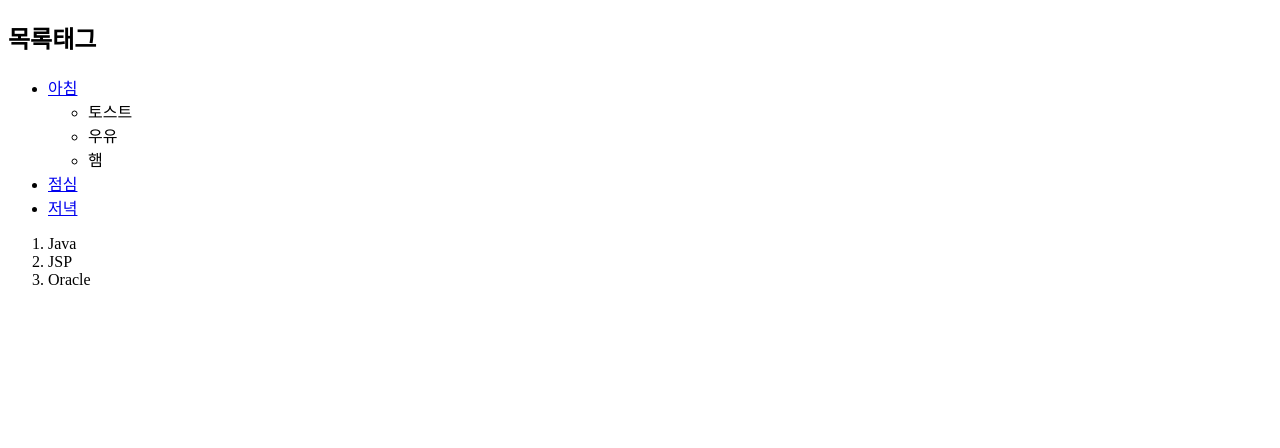
Repository: angelSuho/KCC_Learning_Repo
Page: Html/WebContent/list.html
The author's editor kept a copy of each file at every save. The page is drawn from the files as they stood at one save, then again after the next save.
The browser window is 1280 px wide. The pictures show the whole page.

Above is the page before, as saved 2024-07-08 02:43:17.

After the next save:
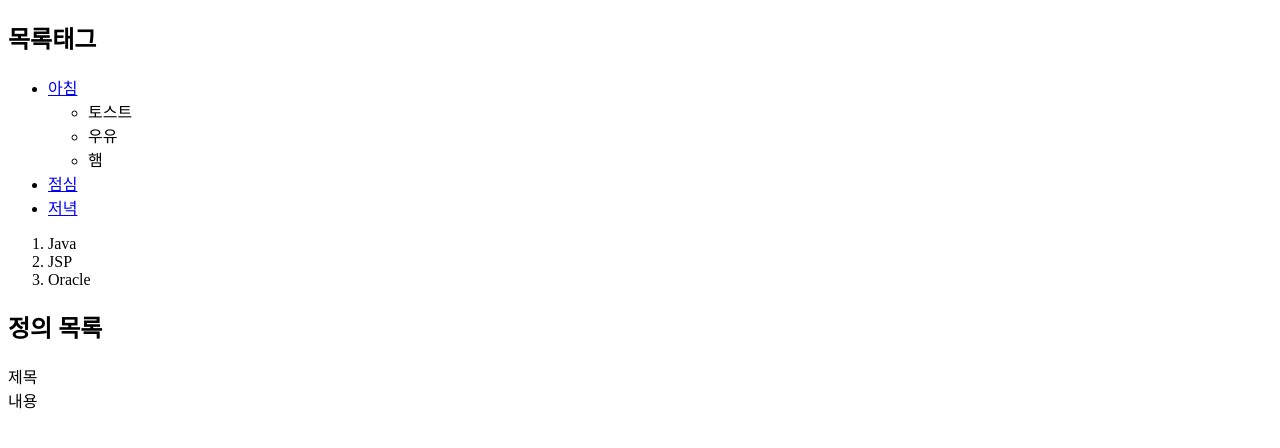
Saved 2 min 6 s later.
--- a/Html/WebContent/list.html
+++ b/Html/WebContent/list.html
@@ -38,5 +38,11 @@
 		<li>JSP</li>
 		<li>Oracle</li>
 	</ol>
+
+	<h2>정의 목록</h2>
+	<dl>
+	<dt>제목</dt>
+	<dt>내용</dt>
+	</dl>
 </body>
 </html>
